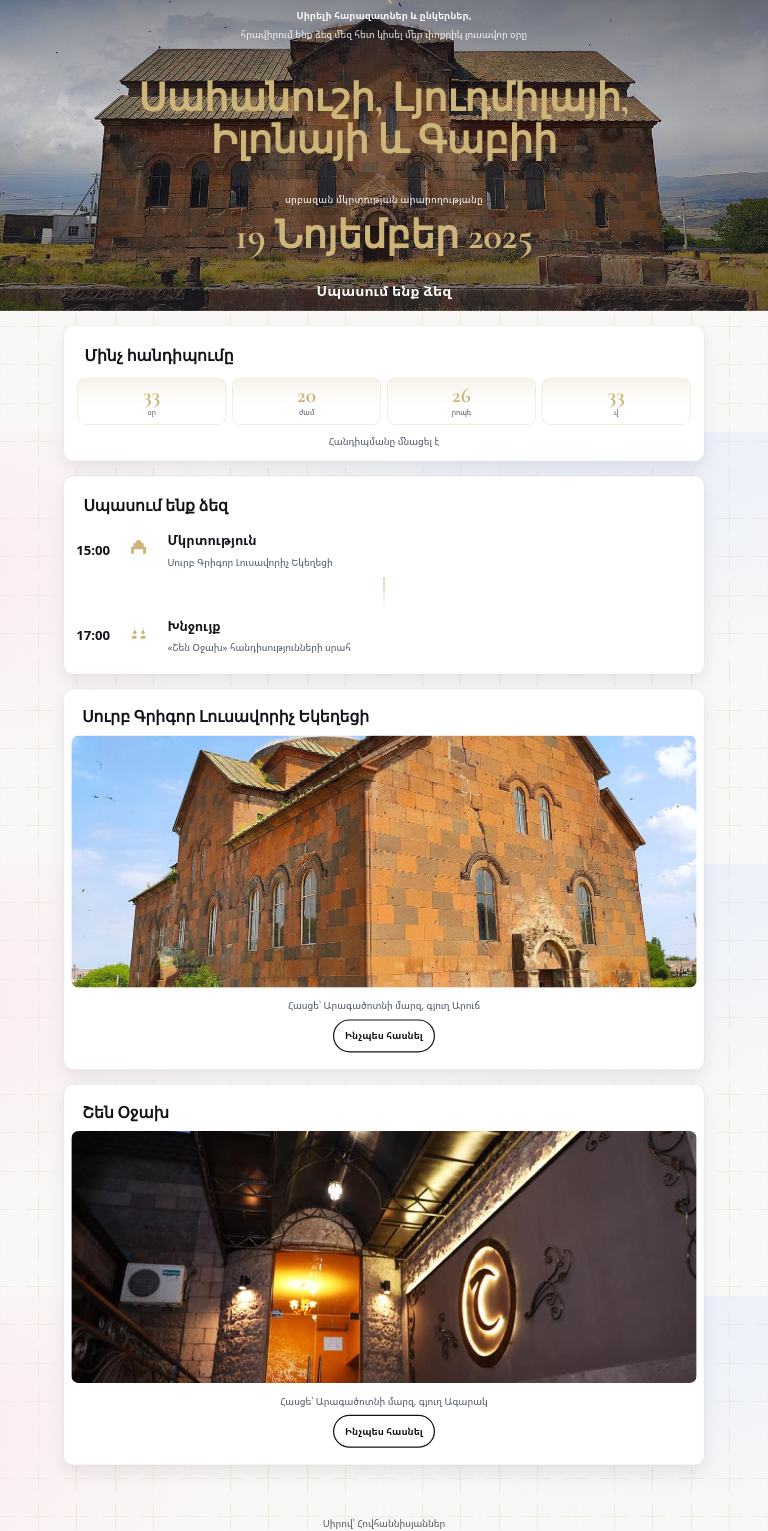
Repository: vardgeshakobyann/hraviratoms
Page: index.html
These files come from the project's save history. The page is drawn as it stood at one moment and after the next save; the edit follows.
The browser window is 1280 px wide. The pictures show the whole page, at 60% of full size.
Backgrounds fixed to the window are drawn as part of the page.

Above is the page before, as saved 2025-10-18 09:40:29.

### index.html
<!DOCTYPE html>
<html lang="hy">
<head>
    <meta charset="UTF-8">
    <meta name="viewport" content="width=device-width, initial-scale=1">
    <title>Մկրտության հրավիրատոմս</title>
    <!-- Fonts -->
    <link rel="preconnect" href="https://fonts.googleapis.com">
    <link rel="preconnect" href="https://fonts.gstatic.com" crossorigin>
    <link href="https://fonts.googleapis.com/css2?family=Cormorant+Garamond:wght@400;600;700&family=Noto+Sans+Armenian:wght@300;400;600;700&display=swap" rel="stylesheet">
    <link rel="stylesheet" href="styles.css">
</head>
<body>

    <header class="hero" id="top">
        <div class="hero__overlay"></div>
        <div class="hero__content">
            <div class="chevron" id="scrollDown" aria-label="Ներքև սքրոլ"></div>
            <p class="intro">Սիրելի հարազատներ և ընկերներ,</p>
            <p class="intro-sub">հրավիրում ենք ձեզ մեզ հետ կիսել մեր փոքրիկ լուսավոր օրը</p>
            <h1 class="script">Սահանուշի, Լյուդմիլայի, Իլոնայի և Գաբիի</h1>
            <p class="subtitle">սրբազան մկրտության արարողությանը</p>
            <p class="date script">19 Նոյեմբեր 2025</p>
            <p class="cta">Սպասում ենք ձեզ</p>
        </div>
    </header>

    <main class="container">
        <!-- Countdown -->
        <section class="card countdown" id="countdown">
            <h2 class="section-title">Մինչ հանդիպումը</h2>
            <div class="cd-grid" aria-live="polite">
                <div class="cd-box"><span id="cd-days" class="cd-num">0</span><span class="cd-label">օր</span></div>
                <div class="cd-box"><span id="cd-hours" class="cd-num">0</span><span class="cd-label">ժամ</span></div>
                <div class="cd-box"><span id="cd-mins" class="cd-num">0</span><span class="cd-label">րոպե</span></div>
                <div class="cd-box"><span id="cd-secs" class="cd-num">0</span><span class="cd-label">վ</span></div>
            </div>
            <p id="cd-note" class="cd-note"></p>
        </section>
        <!-- Program / timeline -->
        <section class="card timeline" id="program">
            <h2 class="section-title">Սպասում ենք ձեզ</h2>
            <div class="row">
                <div class="time">15:00</div>
                <div class="icon">
                    <!-- church -->
                    <svg viewBox="0 0 64 64" aria-hidden="true"><path d="M32 10l8 6v4h6v10h6v18h-8V36H20v12h-8V30h6V20h6v-4l8-6z" fill="#cdb57a"/></svg>
                </div>
                <div class="details">
                    <h3>Մկրտություն</h3>
                    <p>Սուրբ Գրիգոր Լուսավորիչ Եկեղեցի</p>
                </div>
            </div>
            <div class="divider"></div>
            <div class="row">
                <div class="time">17:00</div>
                <div class="icon">
                    <!-- glasses -->
                    <svg viewBox="0 0 64 64" aria-hidden="true"><path d="M20 18l6 10c2 3-1 6-4 6-3 0-6-3-4-6l6-10zm22 0l6 10c2 3-1 6-4 6-3 0-6-3-4-6l6-10zM14 38h12v8H14zM38 38h12v8H38z" fill="#cdb57a"/></svg>
                </div>
                <div class="details">
                    <h3>Խնջույք</h3>
                    <p>«Շեն Օջախ» հանդիսությունների սրահ</p>
                </div>
            </div>
        </section>

        <!-- Church section -->
        <section class="card place" id="church">
            <h2 class="section-title">Սուրբ Գրիգոր Լուսավորիչ Եկեղեցի</h2>
            <figure class="media">
                <img src="images/img2.jpg" alt="Եկեղեցու լուսանկար">
            </figure>
            <p class="address">Հասցե՝ Արագածոտնի մարզ, գյուղ Արուճ</p>
            <div class="actions">
                <a class="btn map-btn" href="#" data-address="Սուրբ Գրիգոր Լուսավորիչ Եկեղեցի, Արուճ">Ինչպես հասնել</a>
            </div>
        </section>

        <!-- Hall section -->
        <section class="card place" id="hall">
            <h2 class="section-title">Շեն Օջախ</h2>
            <figure class="media">
                <img src="./images/img3.jpg" alt="Սրահի լուսանկար">
            </figure>
            <p class="address">Հասցե՝ Արագածոտնի մարզ, գյուղ Ագարակ</p>
            <div class="actions">
                <a class="btn map-btn" href="#" data-address="Շեն Օջախ, Ագարակ">Ինչպես հասնել</a>
            </div>
        </section>


    </main>

    <footer class="footer">
        <p>Սիրով՝ Հովհաննիսյաններ</p>
    </footer>

    <script src="script.js"></script>
</body>
</html>

### styles.css
/* Armenian-styled Baptism Invitation - Responsive UI */

:root{
  --bg:#f9f8f6;
  --text:#111318;
  --muted:#4c5566;
  --gold:#cdb57a; /* warm gold like screenshots */
  --card:#ffffff;
  --ring:rgba(205,181,122,.35);
  --shadow:0 12px 30px rgba(0,0,0,.08);
}

*{box-sizing:border-box}
html,body{height:100%}
body{
  margin:0;
  font-family:"Noto Sans Armenian", system-ui, -apple-system, Segoe UI, Roboto, Helvetica, Arial;
  color:var(--text);
  /* Soft pastel gradient + subtle cross pattern for baptism */
  background-image:
    radial-gradient(1200px 800px at 80% -10%, rgba(217,230,255,.6), transparent 60%),
    radial-gradient(900px 600px at -10% 30%, rgba(255,225,235,.6), transparent 60%),
    url("data:[embedded picture, 235 characters]");
  background-color: var(--bg);
  background-repeat: no-repeat, no-repeat, repeat;
  background-size: auto, auto, 64px 64px;
  background-attachment: fixed, fixed, fixed;
  line-height:1.65;
}

/* Floating buttons */
.fab{position:fixed; right:16px; top:16px; display:flex; gap:10px; z-index:40}
.pill{appearance:none; border:1px solid #eee; background:#fff; color:#111; padding:10px 14px; border-radius:999px; cursor:pointer; font-weight:700; box-shadow:0 6px 16px rgba(0,0,0,.08)}
.pill:hover{transform:translateY(-1px)}
.pill:focus{outline:none; box-shadow:0 0 0 4px var(--ring)}
.pill-primary{background:var(--gold); color:#fff; border-color:transparent}

/* Hero */
.hero{position:relative; height: min(72vh, 720px); background:url('images/img1.jpg') center/cover no-repeat}
.hero__overlay{position:absolute; inset:0; background:linear-gradient(180deg, rgba(20,24,38,.5), rgba(20,24,38,.15) 40%, rgba(20,24,38,.6))}
.hero__content{position:relative; z-index:1; height:100%; display:flex; flex-direction:column; align-items:center; justify-content:center; text-align:center; color:#fff; padding:20px 14px}

.chevron{width:36px; height:36px; border-bottom:3px solid var(--gold); border-right:3px solid var(--gold); transform:rotate(45deg); margin-bottom:18px; opacity:.9}

.intro{margin:0 0 6px; font-weight:600; text-wrap:balance}
.intro-sub{margin:0 0 16px; opacity:.9}
.script{font-family:"Cormorant Garamond", Georgia, serif; color:var(--gold)}
.hero .script{font-size: clamp(28px, 9vw, 64px); font-weight:700; line-height:1.1; text-wrap:balance}
.subtitle{margin:6px 0 0; letter-spacing:.5px}
.date{font-size: clamp(18px, 6vw, 40px); margin:12px 0}
.cta{font-size: clamp(18px, 3.8vw, 24px); font-weight:800}

/* Subtle dove/cross watermark */
.hero::after{
  content:"";
  position:absolute; inset:0; pointer-events:none;
  background-image:url("data:[embedded picture, 227 characters]");
  background-repeat:no-repeat; background-position:center; background-size:220px 220px;
}

/* Layout */
.container{width:100%; max-width:1100px; margin:24px auto; padding:0 16px 60px; display:grid; grid-template-columns:1fr; gap:24px}
@media(min-width:900px){.container{grid-template-columns:1fr}}

.card{background:var(--card); border-radius:16px; overflow:hidden; border:1px solid rgba(17,19,24,.08); box-shadow:var(--shadow)}
.section-title{font-family:"Cormorant Garamond", Georgia, serif; font-size:26px; margin:18px 18px 6px}

/* Timeline */
.timeline{padding:10px 14px 18px}
.timeline .row{display:grid; grid-template-columns:72px 56px 1fr; align-items:center; gap:12px; padding:12px 6px}
.timeline .time{font-weight:900; font-size:22px}
.timeline .icon svg{width:40px; height:40px}
.timeline .details h3{margin:0 0 4px; font-size:22px}
.timeline .details p{margin:0; color:var(--muted)}
.divider{height:52px; width:2px; background:linear-gradient(180deg, var(--gold), transparent); margin:0 auto}

/* Places */
.place{padding:8px 12px 22px}
.media{margin:8px 0 10px}
.media img{width:100%; height:clamp(220px, 45vw, 420px); object-fit:cover; border-radius:12px}
.address{margin:8px 0 10px; text-align:center; color:var(--muted)}
.actions{display:flex; justify-content:center; padding-bottom:6px}
.btn{appearance:none; border:2px solid #111; background:transparent; color:#111; padding:12px 18px; border-radius:999px; font-weight:800; text-decoration:none; cursor:pointer}
.btn:hover{background:#111; color:#fff}

/* RSVP */
.rsvp{padding:10px 16px 22px}
.field{margin:10px 0}
.field label{display:block; font-weight:700; margin:0 0 6px}
.field input,.field select{width:100%; padding:12px 12px; border-radius:12px; border:1px solid rgba(17,19,24,.18); background:transparent; color:var(--text)}
.field input:focus,.field select:focus{outline:none; box-shadow:0 0 0 4px var(--ring); border-color:var(--gold)}
.error{color:#c0392b; font-size:12px; height:16px; display:block; margin-top:4px}
.form-actions{display:flex; align-items:center; gap:12px}
.status{color:var(--muted); font-size:14px}

.footer{text-align:center; color:var(--muted); margin:6px 0 28px}

/* Countdown */
.countdown{padding:12px 16px 20px}
.cd-grid{display:grid; grid-template-columns:repeat(4,1fr); gap:10px; padding:8px 6px}
.cd-box{display:flex; flex-direction:column; align-items:center; justify-content:center; background:linear-gradient(180deg, rgba(205,181,122,.15), transparent 60%); border:1px solid rgba(205,181,122,.35); border-radius:14px; padding:10px 8px}
.cd-num{font-family:"Cormorant Garamond", Georgia, serif; font-size:clamp(22px,6vw,36px); color:var(--gold); font-weight:700; line-height:1}
.cd-label{font-size:12px; color:var(--muted)}
.cd-note{text-align:center; color:var(--muted); margin:6px 0 0}

/* Print */
@media print{
  body{background:#fff}
  .fab{display:none}
  .container{max-width:720px}
  .btn{display:none}
}

/* Small-screen refinements */
@media (max-width: 420px){
  .hero{height:min(68vh, 560px)}
  .hero .script{font-size: clamp(26px, 8.5vw, 42px)}
  .subtitle{font-size: 14px}
  .date{font-size: clamp(18px, 6.5vw, 32px)}
  .cta{font-size: 16px}
}

### script.js
// Background Music Setup
let backgroundMusic = null;
let isMusicPlaying = false;

function initBackgroundMusic() {
  // Create audio element
  backgroundMusic = new Audio();
  backgroundMusic.src = 'audio/audio1.mp3';
  backgroundMusic.loop = true;
  backgroundMusic.volume = 0.3; // 30% volume
  backgroundMusic.preload = 'auto';

  // Try to start music automatically
  const startMusic = async () => {
    try {
      backgroundMusic.volume = 0.5;
      backgroundMusic.currentTime = 48;
      backgroundMusic.muted = false;
      await backgroundMusic.play();
      isMusicPlaying = true;
    } catch (error) {
      isMusicPlaying = false;
    }
  };

  // Handle page visibility changes
  document.addEventListener('visibilitychange', () => {
    if (document.hidden && isMusicPlaying) {
      backgroundMusic.pause();
    } else if (!document.hidden && isMusicPlaying) {
      backgroundMusic.play().catch(() => {});
    }
  });

  // Multiple attempts to start music automatically
  const attemptAutoStart = () => {
    if (!isMusicPlaying) {
      startMusic();
    }
  };

  // Try to start immediately
  attemptAutoStart();

  // Try when audio is ready
  backgroundMusic.addEventListener('canplaythrough', attemptAutoStart);
  backgroundMusic.addEventListener('loadeddata', attemptAutoStart);

  // Multiple retry attempts after page load
  setTimeout(attemptAutoStart, 100);
  setTimeout(attemptAutoStart, 500);
  setTimeout(attemptAutoStart, 1000);
  setTimeout(attemptAutoStart, 2000);

  // Try to start on any user interaction (as fallback)
  const tryStartOnInteraction = () => {
    if (!isMusicPlaying) {
      attemptAutoStart();
    }
  };

  // Listen for any user interaction to start music
  document.addEventListener('click', tryStartOnInteraction, { once: true });
  document.addEventListener('touchstart', tryStartOnInteraction, { once: true });
  document.addEventListener('keydown', tryStartOnInteraction, { once: true });
  document.addEventListener('mousemove', tryStartOnInteraction, { once: true });
  document.addEventListener('scroll', tryStartOnInteraction, { once: true });

  // Additional events to trigger music
  window.addEventListener('load', attemptAutoStart);
  window.addEventListener('focus', attemptAutoStart);
  document.addEventListener('focus', attemptAutoStart);
}

// Initialize music after page loads
window.addEventListener('load', initBackgroundMusic);
document.addEventListener('DOMContentLoaded', initBackgroundMusic);

// Also try to initialize immediately for faster loading
if (document.readyState === 'loading') {
  document.addEventListener('DOMContentLoaded', initBackgroundMusic);
} else {
  initBackgroundMusic();
}

// Smooth scroll from chevron
document.getElementById('scrollDown')?.addEventListener('click', () => {
  document.getElementById('program')?.scrollIntoView({ behavior: 'smooth' });
});

// Share / Print
const shareBtn = document.getElementById('shareBtn');
const printBtn = document.getElementById('printBtn');

shareBtn?.addEventListener('click', async () => {
  const data = {
    title: 'Մկրտության հրավիրատոմս',
    text: 'Սիրով հրավիրում ենք մասնակցելու մեր երեխաների մկրտությանը',
    url: window.location.href,
  };
  try {
    if (navigator.share) {
      await navigator.share(data);
    } else {
      await navigator.clipboard.writeText(data.url);
      shareBtn.textContent = 'Հղումը պատճենվեց';
      setTimeout(() => (shareBtn.textContent = 'Կիսվել հրավիրումով'), 1600);
    }
  } catch (e) {
    try {
      await navigator.clipboard.writeText(data.url);
      shareBtn.textContent = 'Հղումը պատճենվեց';
      setTimeout(() => (shareBtn.textContent = 'Կիսվել հրավիրումով'), 1600);
    } catch (_) {
      alert('Կրկնօրինակեք այս հղումը՝ ' + data.url);
    }
  }
});

printBtn?.addEventListener('click', () => window.print());

// RSVP validation (client only)
const form = document.getElementById('rsvpForm');
const statusEl = document.getElementById('formStatus');

function setError(id, msg) {
  const el = document.querySelector(`.error[data-for="${id}"]`);
  if (el) el.textContent = msg || '';
}

function isValidPhone(v) {
  return /^[+()\-\s\d]{7,20}$/.test((v || '').trim());
}

form?.addEventListener('submit', (e) => {
  e.preventDefault();
  const name = document.getElementById('name');
  const phone = document.getElementById('phone');
  const attend = document.getElementById('attend');

  let ok = true;
  if (!name.value.trim()) { setError('name', 'Մուտքագրեք Ձեր անունը'); ok = false; } else setError('name');
  if (!isValidPhone(phone.value)) { setError('phone', 'Մուտքագրեք ճիշտ հեռախոսահամար'); ok = false; } else setError('phone');
  if (!attend.value) { setError('attend', 'Ընտրեք տարբերակը'); ok = false; } else setError('attend');

  if (!ok) return;

  const payload = {
    name: name.value.trim(),
    phone: phone.value.trim(),
    attend: attend.value,
    submittedAt: new Date().toISOString(),
  };
  console.log('RSVP', payload);
  statusEl.textContent = 'Շնորհակալություն, Ձեր RSVP-ն ընդունված է!';
  form.reset();
});

// Countdown logic
(function initCountdown(){
  const target = new Date('2025-11-19T15:00:00'); // Event local time
  const $d = document.getElementById('cd-days');
  const $h = document.getElementById('cd-hours');
  const $m = document.getElementById('cd-mins');
  const $s = document.getElementById('cd-secs');
  const $note = document.getElementById('cd-note');
  if(!$d||!$h||!$m||!$s) return;

  function tick(){
    const now = new Date();
    let diff = target.getTime() - now.getTime();
    if(diff <= 0){
      $d.textContent = '0'; $h.textContent = '0'; $m.textContent = '0'; $s.textContent = '0';
      if($note) $note.textContent = 'Միջոցառումը սկսվել է. սպասում ենք ձեզ 🕊️';
      return;
    }
    const days = Math.floor(diff / (1000*60*60*24));
    diff -= days * (1000*60*60*24);
    const hours = Math.floor(diff / (1000*60*60));
    diff -= hours * (1000*60*60);
    const minutes = Math.floor(diff / (1000*60));
    diff -= minutes * (1000*60);
    const seconds = Math.floor(diff / 1000);
    $d.textContent = String(days);
    $h.textContent = String(hours).padStart(2,'0');
    $m.textContent = String(minutes).padStart(2,'0');
    $s.textContent = String(seconds).padStart(2,'0');
    if($note) $note.textContent = 'Հանդիպմանը մնացել է';
  }
  tick();
  setInterval(tick, 1000);
})();

// Open Yandex Navigator from map buttons
document.querySelectorAll('.map-btn').forEach((btn) => {
  btn.addEventListener('click', (e) => {
    e.preventDefault();
    const address = btn.getAttribute('data-address');
    if (!address) return;
    // Try Yandex Maps deep link first
    const encoded = encodeURIComponent(address);
    const yaUrl = `yandexmaps://maps.yandex.ru/?text=${encoded}`;
    const webUrl = `https://yandex.com/maps/?text=${encoded}`;
    // Attempt to open the app; fall back to web after short delay
    const open = () => {
      const iframe = document.createElement('iframe');
      iframe.style.display = 'none';
      iframe.src = yaUrl;
      document.body.appendChild(iframe);
      setTimeout(() => {
        window.open(webUrl, '_blank');
        document.body.removeChild(iframe);
      }, 800);
    };
    open();
  });
});

After the next save:
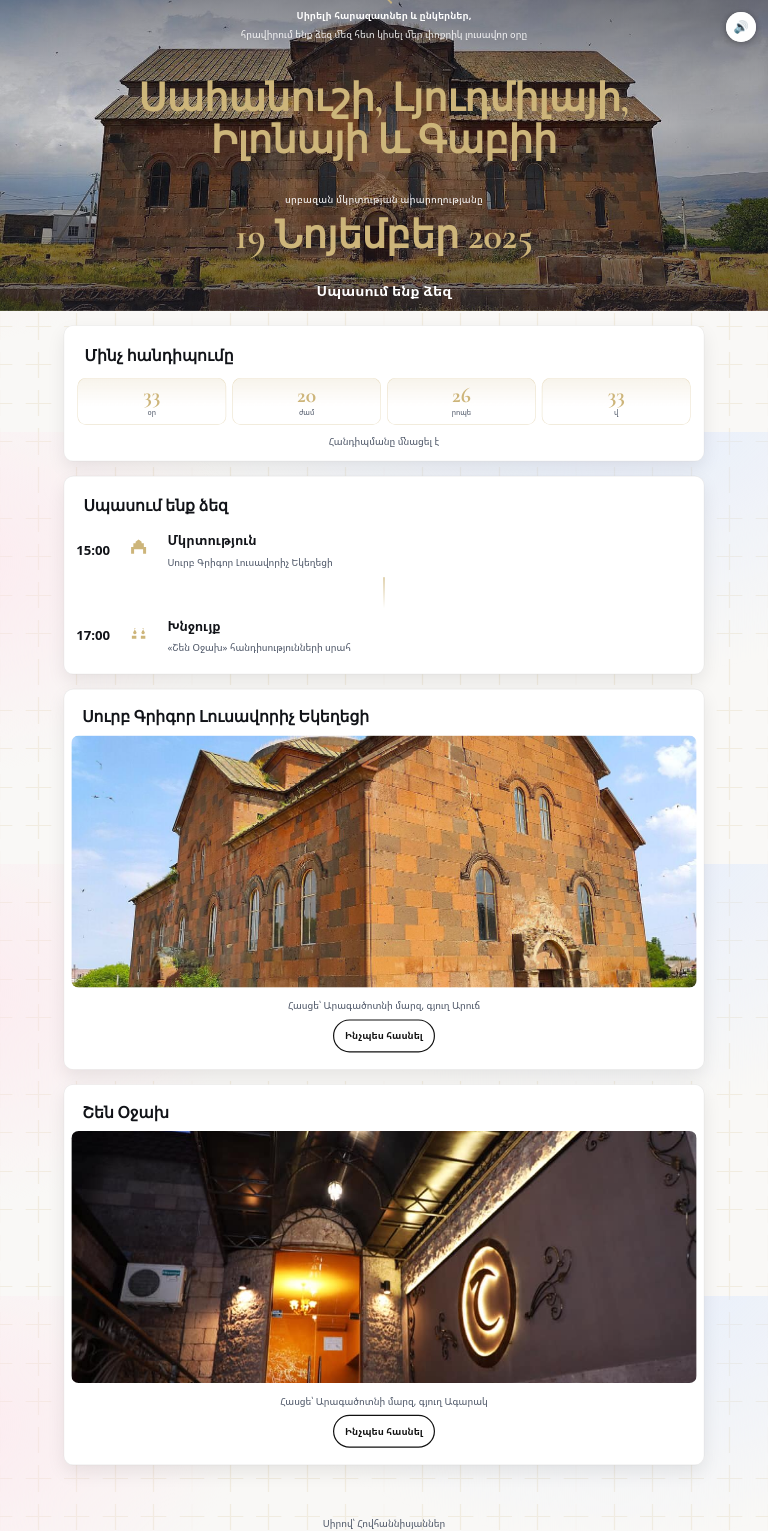
Saved 88 s later.
--- a/script.js
+++ b/script.js
@@ -9,6 +9,28 @@ function initBackgroundMusic() {
   backgroundMusic.loop = true;
   backgroundMusic.volume = 0.3; // 30% volume
   backgroundMusic.preload = 'auto';
+
+  // Create music control button
+  const musicButton = document.createElement('button');
+  musicButton.id = 'musicToggle';
+  musicButton.innerHTML = '🔊';
+  musicButton.style.cssText = `
+    position: fixed;
+    top: 20px;
+    right: 20px;
+    z-index: 1000;
+    background: rgba(255, 255, 255, 0.9);
+    border: none;
+    border-radius: 50%;
+    width: 50px;
+    height: 50px;
+    font-size: 20px;
+    cursor: pointer;
+    box-shadow: 0 2px 10px rgba(0,0,0,0.2);
+    transition: all 0.3s ease;
+  `;
+
+  document.body.appendChild(musicButton);
 
   // Try to start music automatically
   const startMusic = async () => {
